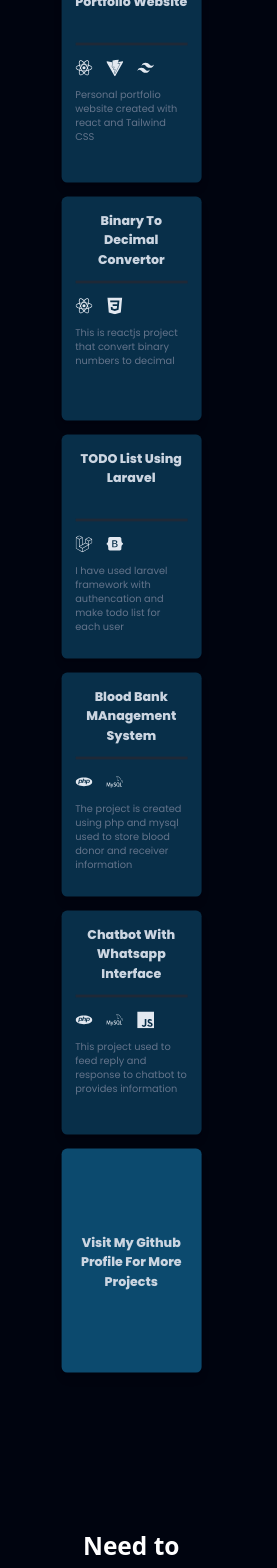
Repository: sibi24sibi/MyPersonalPortfolio
Page: /
These files come from the project's save history. The page is drawn as it stood at one moment and after the next save; the edit follows.
The browser window is 375 px wide. The page is 395 px wide, so the pictures cover 395 px, including what lies to the right of the window. The pictures show the part of the page from y = 2277 to 4517 px (the page is 5346 px tall), at 70% of full size.
The project was rebuilt for these pictures with package versions that can differ from the ones it lists, and the page was loaded fresh each time. Also part of the build but not shown: vite.config.js, src/components/Menu.jsx, src/components/Footer.jsx.

Above is the page before, as saved 2024-05-03 18:38:01.

### index.html
<!DOCTYPE html>
<html lang="en">

<head>
  <meta charset="UTF-8" />
  <link rel="icon" type="image/svg+xml" href="" />
  <meta name="viewport" content="width=device-width, initial-scale=1 , maximum-scale=1 ,user-scalable=no" />
  <title>
    Personal Portfolio
  </title>
</head>

<body className="darkMode">
  <div id="root" className="px-5 w-screen"></div>
  <script type="module" src="/src/main.jsx"></script>
</body>

</html>

### src/index.css
@import url('https://fonts.googleapis.com/css2?family=Poppins:wght@300;400;500;600;800&display=swap');
@tailwind base;
@tailwind components;
@tailwind utilities;

html {
    @apply overflow-x-hidden scroll-smooth
}

body {

    @apply dark:bg-[#00040f] bg-[#e2e2e2ab]
}

### src/App.jsx
import Navbar from "./components/Navbar";
import About from "./components/About";

import Education from "./components/Education";
import Projects from "./components/Projects";
import Skills from "./components/Skills";

import HashLoader from "react-spinners/HashLoader";
import CTA from "./components/CTA";
import MyEmailLayout from "./components/email";
import Footer from "./components/Footer";


import { useState, useEffect } from "react";

const override = {
  display: "flex",
  justifyContent: "center",
  alignItems: "center",
  marginTop: "5rem",
  borderColor: "red",
};

const App = () => {
  const [loading, setLoading] = useState(true);

  useEffect(() => {
    setLoading(true);
    setTimeout(() => {
      setLoading(false);
    }, 3000);
  }, []);
  return (
    <>
      {loading ? (
        <div className="flex h-screen w-screen justify-center items-center bg-[#00040f] ">
          <HashLoader
            color="#0891b2"
            loading={loading}
            cssOverride={override}
            size={90}
            aria-label="Loading Spinner"
            data-testid="loader"
          />
        </div>
      ) : (
        <div className=" flex flex-col justify-center items-center">
          <Navbar></Navbar>
          <About></About>
          <Skills></Skills>
          <Education></Education>
          <Projects></Projects>
          <CTA></CTA>
          <MyEmailLayout></MyEmailLayout>
          {/* <Footer></Footer> */}
        </div>
      )}
    </>
  );
};
export default App;

### src/components/Navbar.jsx
import { CgMenuRightAlt } from "react-icons/cg";
import { HiSun, HiMoon } from "react-icons/hi";
import { useState, useEffect } from "react";
import Menu from "./Menu";

const Navbar = () => {
  const [nav, setNav] = useState(false);

  const [theme, setTheme] = useState("light");

  useEffect(() => {
    if (theme === "dark") {
      document.documentElement.classList.remove("dark");
    } else {
      document.documentElement.classList.add("dark");
    }
  }, [theme]);

  const handleTheme = () => {
    setTheme(theme === "dark" ? "light" : "dark");
  };

  return (
    <>
      <section className="NAVBAR sticky top-0 backdrop-blur-[5px] z-10 pt-5  translate-x-[20px] min-w-full mt-5 font-['Poppins']  max-sm:p-2 max-sm:mx-1 max-sm:max-h-[48px] ">
        <div className="flex  justify-between capitalize md:ml-9 sm:ml-2">
          <div className="LOGO ">
            <a
              href="#"
              className="text-3xl bg-gradient-to-r from-blue-600 to-cyan-600 bg-clip-text text-transparent dark:text-cyan-500 max-sm:text-2xl"
            >
              {"Portfolio"}
            </a>
          </div>
          <div className="NAVLINKS min-w-full pr-9 text-[20px] translate-x-[-160px]  max-sm:hidden flex justify-end gap-12 text-[#00040f] dark:text-[#e1e1e1] ">
            <a href="#about" className=" hover:text-cyan-500">
              Home
            </a>
            <a href="#experience" className="hover:text-cyan-500">
              Experience
            </a>
            {/* <a href="#education" className="hover:text-cyan-500 ">
              Education
            </a> */}
            <a href="#projects" className="hover:text-cyan-500 ">
              Projects
            </a>
            <a href="#contact" className="hover:text-cyan-500 ">
              Contact
            </a>

            <button onClick={handleTheme}>
              {theme === "dark" ? (
                <HiMoon className="-translate-y-1 text-2xl" />
              ) : (
                <HiSun className="-translate-y-1 text-2xl" />
              )}
            </button>

            </div>
            </div>
          <button onClick={() => setNav(!nav)}>
            <CgMenuRightAlt className="hidden max-sm:block mr-5   absolute top-2  right-10 md:transform-none text-[#00040f] dark:text-[#e1e1e1] text-[32px]" />
          </button>


        {nav && <Menu />}

      </section>



    </>
  );
};
export default Navbar;

### src/components/About.jsx
import Lottie from "lottie-react";
import computer from "../assets/lottie/computer.json";

const About = () => {
  return (
    <>
      <section
        id="about"
        className="p-5 mx-2 mb-10 font-medium font-['Poppins'] max-w-6xl max-sm:p-2 max-sm:mx-5"
      >
        <div className="WRAPPER mt-12 flex justify-between max-sm:flex-col gap-35">
        <div className="INTRO text-[70px] leading-[80px] font-semibold max-sm:text-[40px] max-sm:leading-[70px] max-sm:font-semibold">
            <h3 className="text-[#00040f] dark:text-white">
              Hi, there! <br />I am
            </h3>
            <span className="bg-clip-text text-transparent bg-gradient-to-r  from-blue-600 to-cyan-600 dark:from-cyan-500 dark:to-slate-200">
             Sibi Chakraborthy.

            </span>

            <p className="ABOUT h-[100px] text-xl max-sm:text-[15px] bg-clip-text text-transparent  bg-gradient-to-r  from-[#00040f] to-slate-500 dark:from-slate-500 dark:to-slate-200 max-w-[470px] mt-5 pl-1">
            Design is not just what it looks like and feels like. Design is how it works.
            </p>
          </div>
        <div className="div">
          <Lottie
            animationData={computer}
            loop={true}
            className="max-w-[650px] "
          />
          </div>
        </div>
      </section>
    </>
  );
};
export default About;

### src/components/Education.jsx
import Lottie from "lottie-react";
import education from "../assets/lottie/education.json";
import SAEC from "../assets/SAEC.png";
import AOS from "aos";

import { useEffect } from "react";

const Education = () => {
  useEffect(() => {
    AOS.init();
  }, []);
  return (
    <section
      id="education"
      className="EXPERIENCE max-w-6xl p-5 mx-20 mb-25 font-['Poppins']  max-sm:p-2 max-sm:mx-5"
    >
      <div className="WRAPPER mt-10">
        <h1 className="text-[#00040f] dark:text-slate-300 text-center font-extrabold text-5xl mb-5 max-sm:text-4xl   ">
          Education
        </h1>

        <div
          className="EDUCATION flex gap-7 justify-between flex-row-reverse max-sm:flex-col"
          data-aos="fade-right"
        >
          <div className="max-w-[520px] mt-[52px] p-7 max-sm:p-3">
            <div className="flex gap-5">
              <img
                src={SAEC}
                alt="SAEC"
                className="w-[150px] h-[100px]"
              />
              <h1 className="bg-clip-text text-transparent bg-gradient-to-r max-sm:text-[17px] from-amber-500 via-orange-600 to-yellow-500 dark:from-[#ff6600] dark:to-slate-100 font-semibold text-2xl w-[300px] h-[100px] tracking-wider ">
                Syed Ammal engineering college
              </h1>
            </div>

            <div className="mt-7 flex flex-col gap-5 text-left pl-4">
              <h3 className="capitalize  text-slate-800 dark:text-slate-300 text-xl max-sm:text-lg">
                Bachelor of technology
              </h3>
              <p className="italic capitalize text-gray-500 dark:text-slate-500 text-xl max-sm:text-lg leading-9">
                November 2020 - May 2024
              </p>

              <p className="capitalize text-gray-500 dark:text-slate-500 text-xl max-sm:text-lg leading-9">
                Computer Science and Engineering
              </p>
            </div>
          </div>
          <Lottie
            animationData={education}
            loop={true}
            className="max-w-[500px]"
          />
        </div>
      </div>
    </section>
  );
};
export default Education;

### src/components/Projects.jsx
import Project_prop from "./Project_prop";
import {
  GPT4,
  Portfolio,
  Rocket,
  WellBeing,
  Game,
} from "../constants/Constant";
import Tooltip from "@mui/material/Tooltip";
import IconButton from "@mui/material/IconButton";
import AOS from "aos";
import "aos/dist/aos.css";
import { useEffect } from "react";
import {
  SiReact,
  SiTailwindcss,
  SiVite,
  SiHtml5,
  SiCss3,
  SiJavascript,
  SiLaravel,
  SiBootstrap,
  SiPhp,
  SiWordpress,
  SiMysql,
} from "react-icons/si";

const Projects = () => {
  useEffect(() => {
    AOS.init();
  }, []);
  return (

<>

<section
      id="projects"
      className="EXPERIENCE p-5 mx-5 min-h-screen font-['Poppins']   max-sm:p-2 max-sm:mx-5"
    >
<h1 className="text-[#00040f] dark:text-slate-300 text-center font-extrabold text-5xl mb-24  max-sm:text-4xl  ">
          Projects
</h1>
<div className="container flex justify-center flex-col md:flex-row">


<Project_prop
            title="Personal Portfolio Website"
            para="Personal portfolio website created with react and Tailwind CSS"
            img={Portfolio}
            link=""
            github_link=""
            react={
              <Tooltip title="React" arrow>
                <IconButton>
                  <SiReact className="dark:text-slate-200 text-black" />
                </IconButton>
              </Tooltip>
            }
            tailwindcss={
              <Tooltip title="TailWind CSS" arrow>
                <IconButton>
                  <SiTailwindcss className=" dark:text-slate-200 text-black" />
                </IconButton>
              </Tooltip>
            }
            vite={
              <Tooltip title="Vite" arrow>
                <IconButton>
                  <SiVite className=" dark:text-slate-200 text-black" />
                </IconButton>
              </Tooltip>
            }


  />
<Project_prop
            title="Binary to decimal convertor"
            para="This is reactjs project that convert binary numbers to decimal"
            img={Portfolio}
            link=""
            github_link=""
            react={
              <Tooltip title="React" arrow>
                <IconButton>
                  <SiReact className="dark:text-slate-200 text-black" />
                </IconButton>
              </Tooltip>
            }
            css3={
              <Tooltip title="React" arrow>
                <IconButton>
                  <SiCss3 className="dark:text-slate-200 text-black" />
                </IconButton>
              </Tooltip>
            }
  />


<Project_prop
            title="TODO List using Laravel"
            para="I have used laravel framework with authencation and make todo list for each user"
            img={Portfolio}
            link=""
            github_link=""
            laravel={
              <Tooltip title="Laravel" arrow>
                <IconButton>
                  <SiLaravel className=" dark:text-slate-200 text-black" />
                </IconButton>
              </Tooltip>
            }
            bootstrap={
              <Tooltip title="Bootstrap" arrow>
                <IconButton>
                  <SiBootstrap className=" dark:text-slate-200 text-black" />
                </IconButton>
              </Tooltip>
            }

  />
  <Project_prop
            title="Blood Bank MAnagement System"
            para="The project is created using php and mysql used to store blood donor and receiver information"
            img={Portfolio}
            link=""
            github_link=""
            php={
              <Tooltip title="PHP" arrow>
                <IconButton>
                  <SiPhp className=" dark:text-slate-200 text-black" />
                </IconButton>
              </Tooltip>
            }
            mysql={
              <Tooltip title="Mysql" arrow>
                <IconButton>
                  <SiMysql className=" dark:text-slate-200 text-black" />
                </IconButton>
              </Tooltip>
            }

  />
  <Project_prop
            title="Chatbot with Whatsapp interface"
            para="This project used to feed reply and response to chatbot to provides information"
            img={Portfolio}
            link=""
            github_link=""
            php={
              <Tooltip title="PHP" arrow>
                <IconButton>
                  <SiPhp className=" dark:text-slate-200 text-black" />
                </IconButton>
              </Tooltip>
            }
            mysql={
              <Tooltip title="Mysql" arrow>
                <IconButton>
                  <SiMysql className=" dark:text-slate-200 text-black" />
                </IconButton>
              </Tooltip>
            }
            javascript={
              <Tooltip title="JavaScript" arrow>
                <IconButton>
                  <SiJavascript className=" dark:text-slate-200 text-black" />
                </IconButton>
              </Tooltip>
            }
  />
  <div className="card flex bg-blue-200 dark:bg-sky-900 rounded-lg shadow-lg items-center justify-center ">
        <h3
        className=" title capitalize font-bold h-20 text-slate-800 dark:text-slate-300 text-xl max-sm:text-lg m-5 text-center "
        >
          Visit my Github Profile for more projects
        </h3>

  </div>

  </div>
</section>

</>



  );
};
export default Projects;

### src/components/Skills.jsx
import {
  HTML,
  CSS,
  Github,
  Git,
  Vite,
  TailwindCSS,
  react,
  Python,
  Javascript,
  CPP,
  C,
  Vue,
  nodejs
} from "../constants/Constant";

import AOS from "aos";
import "aos/dist/aos.css";
import { useEffect } from "react";
import Image from "./Img_prop";

const Skills = () => {
  useEffect(() => {
    AOS.init();
  }, []);
  return (
    <>
      <section className="EXPERIENCE p-5  mb-10 max-w-6xl  font-['Poppins']  max-sm:p-2 max-sm:mx-5">
        <div>
        <h1 className="text-[#00040f] dark:text-slate-300 font-extrabold text-5xl text-center max-sm:text-4xl ">
          SKILLS
        </h1>
        </div>
        <div
          className=" grid place-content-start  grid-cols-3 gap-4 max-sm:p-2 mt-10"
          data-aos="zoom-out-up"
        >
          <Image img={HTML}></Image>
          <Image img={CSS}></Image>
          <Image img={Javascript}></Image>
          <Image img={react}></Image>
          <Image img={TailwindCSS}></Image>
          {/* <Image img={Vue}></Image>
          <Image img={CPP}></Image>
          <Image img={C}></Image> */}
          <Image img={Python}></Image>
          {/* <Image img={Vite}></Image> */}
          <Image img={Git}></Image>
          <Image img={Github}></Image>
          <Image img={nodejs}></Image>
        </div>
      </section>
    </>
  );
};
export default Skills;

### src/components/CTA.jsx
function CTA() {
  const resumeLink = "/Sibi-Chakraborthy-V.pdf";
  return (
    <div id="resume" className="pt-36 max-w-6xl resume relative w-full flex justify-center ">

      <div className="pt-14 mx-20 pb-40">
        <h2 className="text-4xl md:text-5xl max-sm:text-[35px] max-sm:leading-[60px] font-bold mb-10 text-[#00040f] dark:text-white text-center">
          Need to know about me more
        </h2>
        <div className="flex justify-center ">
        <a
          href={resumeLink}
          className="cursor-pointer font-bold whitespace-nowrap
        mt-6 px-8 py-3 dark:text-[#e1e1e1] border-2 rounded-full border-[#808080]  bg-bg hover:bg-fun-pink hover:border-fun-pink transition-colors inline-flex items-center"
        >
          <svg class="fill-current w-4 h-4 mr-2" xmlns="http://www.w3.org/2000/svg" viewBox="0 0 20 20"><path d="M13 8V2H7v6H2l8 8 8-8h-5zM0 18h20v2H0v-2z"/></svg>
          <span>Resume</span>

        </a>

        </div>
      </div>


    </div>
  );
}

export default CTA;

### src/components/email.jsx
import React, { useRef, useEffect } from "react";
import emailjs from '@emailjs/browser';



const MyEmailLayout = () => {
  const form = useRef();

  useEffect(() => {
    // Initialize emailjs
    emailjs.init('-fw29uVaf1UZJqOVT');
  }, []);

  const sendEmail = (e) => {
    e.preventDefault();

    emailjs

      .sendForm('service_hgvjibu', 'template_f9rmzk9', form.current)
      .then(
        () => {
          alert('Email sent successfully!');
        },
        (error) => {
          alert('Failed to send email. Please try again later.');
          console.error('Email Error:', error);
        }
      );
  };

  return (
    <div   className="mb-20 max-w-6xl" id="contact">

      <div className=" mx-10 max-sm:mx-5 ">
      <div className="div">
      <h1 className="text-2xl dark:text-[#e1e1e1] font-bold mb-4 ">SEND ME A EMAIL</h1>
      </div>
      <form ref={form} onSubmit={sendEmail}>
        <div className="grid  grid-cols-2 gap-4 flex justify-center">
          <div>
            <label htmlFor="name" className="dark:text-[#e1e1e1]">Name</label>
            <input
              type="text"
              id="name"
              name="user_name"
              className="px-3 py-2 placeholder-gray-400 text-gray-600 relative dark:bg-slate-300 bg-stone-300 rounded text-sm border-0 shadow outline-none focus:outline-none focus:ring  w-full"
            />
          </div>
          <div>
            <label htmlFor="email" className="dark:text-[#e1e1e1]">Email</label>
            <input
              type="email"
              id="email"
              name="user_email"
              className="px-3 py-2 placeholder-gray-400 text-gray-600 relative dark:bg-slate-300 bg-stone-300 rounded text-sm border-0 shadow outline-none focus:outline-none focus:ring w-full"
            />
          </div>
        </div>
        <label htmlFor="message" className="dark:text-[#e1e1e1]">Message</label>
        <textarea
          placeholder=""
          name="message"
          className="px-3 py-2 placeholder-gray-400 text-gray-600 relative dark:bg-slate-300 bg-stone-300 rounded text-sm border-0 shadow outline-none focus:outline-none focus:ring h-40 w-full "
        ></textarea>
        <button
          type="submit"
          className="bg-blue-500 rounded-full text-white px-4 py-2 mt-4 float-right"
          value="Send"
        >
          Send Email
        </button>
      </form>
      </div>
    </div>
  );
};

export default MyEmailLayout;

### src/components/Project_prop.jsx
/* eslint-disable react/prop-types */

import "./proj_style.css";


const Project_prop = (props) => {
  return (
    <>



      <div className="card bg-blue-100 dark:bg-sky-950 rounded-lg shadow-lg aspect-w-16 aspect-h-9 ">
        <h3
        className="title capitalize font-bold h-20 text-slate-800 dark:text-slate-300 text-xl max-sm:text-lg m-5 text-center"
        >
          {props.title}
        </h3>
            <div className="bar h-1 min-w-40 dark:bg-gray-800  bg-slate-600  mx-5"></div>
        <div className="flex gap-1 ml-3 mt-3 ">
                {props.react}
                {props.vite}
                {props.html5}
                {props.css3}
                {props.php}
                {props.mysql}
                {props.javascript}
                {props.tailwindcss}
                {props.laravel}
                {props.bootstrap}
                {props.wordpress}

        </div>
        <p className="dark:text-slate-500 mt-2 text-sm px-5  select-none">
          {props.para}
        </p>
      </div>




    </>
  );
};
export default Project_prop;

### src/constants/Constant.jsx
import C from "../assets/C.png";
import CPP from "../assets/CPP.png";
import HTML from "../assets/HTML.png";
import Github from "../assets/Github.png";
import CSS from "../assets/CSS.png";
import Python from "../assets/Python.png";
import Javascript from "../assets/Javascript.png";
import Git from "../assets/Git.png";
import Vite from "../assets/Vite.png";
import TailwindCSS from "../assets/TailwindCSS.png";
import react from "../assets/react.png";
import Vue from "../assets/vue.png";
import nodejs from "../assets/nodejs.png";

import Hackthechain from "../assets/HackTheChainLogo.png";
import GSSOC from "../assets/GSSoc.jpg";
import IITB from "../assets/IITB.png";
import Sports from "../assets/Sports_Club.png";
import IIITians from "../assets/IIITians_Network.png";
import GDSC from "../assets/GDSC.png";
import KDE from "../assets/kde.png";
import Oppia from "../assets/oppia.png";

import GPT4 from "../assets/gpt4.jpg";
import Portfolio from "../assets/portfolio.jpg";
import Rocket from "../assets/Rocket.jpg";
import Game from "../assets/Stone.jpg";
import WellBeing from "../assets/well-being.jpg";

export {
  C,
  CPP,
  HTML,
  CSS,
  Github,
  Git,
  Vite,
  TailwindCSS,
  react ,
  Python,
  Javascript,
  Vue,
  Hackthechain,
  GSSOC,
  IITB,
  Sports,
  IIITians,
  GPT4,
  Portfolio,
  Rocket,
  WellBeing,
  Game,
  GDSC,
  KDE,
  nodejs,
  Oppia,
};

### src/components/Img_prop.jsx
const Img_prop = ({ img }) => {
  return (
    <>
      <div className="mr-60 w-[100px] max-sm:w-[75px] h-[100px] max-sm:h-[75px] shadow-xl shadow-slate-300 dark:shadow-lg dark:shadow-blue-500/50 bg-gradient-to-bl from-[#ccc] to-[#eee] dark:from-[#051937] dark:to-[#222] rounded-full place-content-center grid translate-x-[100px] max-sm:translate-x-1">
        <img src={img} alt="html" className="max-sm:h-[45px] h-[55px] " />
      </div>
    </>
  );
};
export default Img_prop;

### src/components/proj_style.css



  .card {
    position: relative;
    left: 0px;
    width: 200px;
    height: fit-content;
    min-height: 320px;
    padding-bottom: 10px;
  }

  .card:not(:first-child) {
      margin-left: -50px;
  }

  .card:hover {
    transform: translateY(-20px);
    transition: 0.4s ease-out;
  }

  .card:hover ~ .card {
    position: relative;
    left: 50px;
    transition: 0.4s ease-out;
  }

@media only screen and (max-width: 600px) {
  .card {
    position:unset;
    left:unset;
    padding-bottom:unset;
    margin: 10px;;
    padding-bottom:unset;
  }
  .card:hover {
    transform:unset ;
    transition:unset;
    margin-left:unset;
  }
  .card:not(:first-child) {
    margin-left:10px;

  }
  .card:hover ~ .card {
    position:unset;
    left:unset;
    transition:unset;
  }
}

Loaded but not shown: src/main.jsx (common file); src/assets/lottie/computer.json (common file); src/assets/lottie/Education.json (common file); tailwind.config.js (common file)

After the next save:
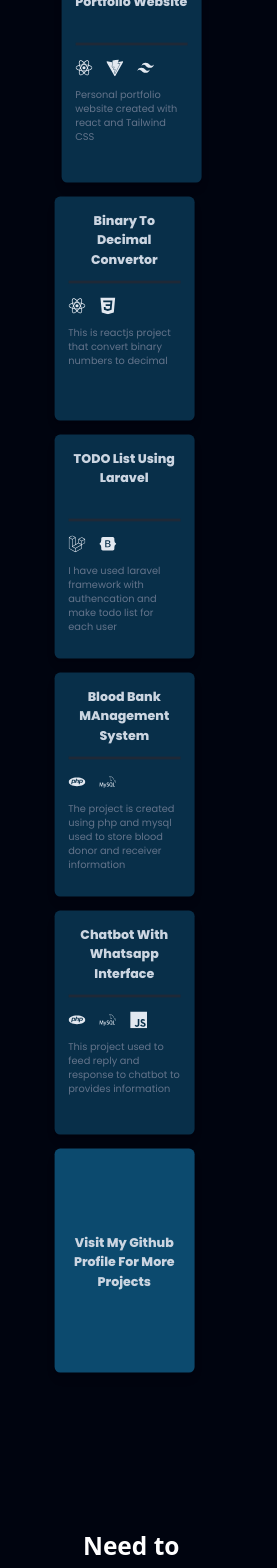
Saved 99 min 16 s later.
--- a/src/components/proj_style.css
+++ b/src/components/proj_style.css
@@ -39,7 +39,7 @@
     margin-left:unset;
   }
   .card:not(:first-child) {
-    margin-left:10px;
+    margin-left:unset;
 
   }
   .card:hover ~ .card {
